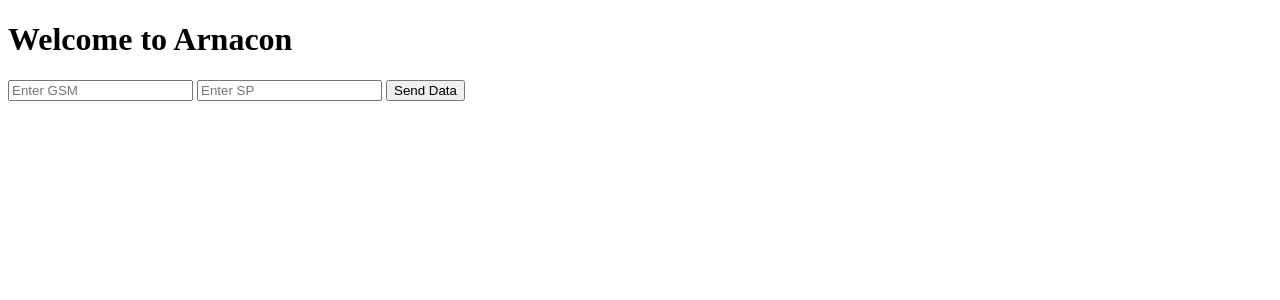
Repository: daBatmanCoder/redirect_back
Page: index.html
An editor plug-in stored every save of this project. The page is shown before and after a run of saves, followed by the edit.
The browser window is 1280 px wide. The pictures show the whole page.

Above is the page before, as saved 2024-08-01 10:05:49.

### index.html
<!DOCTYPE html>
<html lang="en">
<head>
    <meta charset="UTF-8">
    <meta name="viewport" content="width=device-width, initial-scale=1.0">
    <title>Redirect Back</title>
</head>
<body>
    <h1>Welcome to Arnacon</h1>
    <input type="text" id="eenGsmInput" placeholder="Enter GSM">
    <input type="text" id="deSpInput" placeholder="Enter SP">
    <button onclick="returnBack()">Send Data</button>

    <script src="script.js"></script>
</body>
</html>

### script.js


function returnBack() {

    const een_gsm = document.getElementById('eenGsmInput').value;
    const de_sp = document.getElementById('deSpInput').value;

    // Construct the data to send
    const data_to_send = {
        action: "ITEM",
        body: {
            item: een_gsm,
            sp: de_sp
        }
    };

      if (window.webkit && window.webkit.messageHandlers && window.webkit.messageHandlers.buttonPressed) {
        window.webkit.messageHandlers.buttonPressed.postMessage(JSON.stringify(data_to_send))
      } else if (window.AndroidBridge && window.AndroidBridge.processAction) {
        window.AndroidBridge.processAction(JSON.stringify(data_to_send));
      } else {
        console.log("Native interface not available");
      }


}

After the next 2 saves:
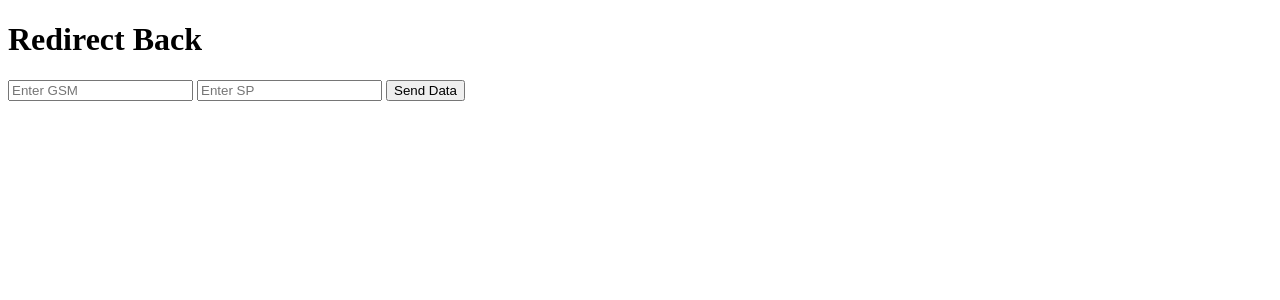
The 2 saves are shown as one change because they came seconds apart.
The last was saved 13 s later.
--- a/index.html
+++ b/index.html
@@ -6,11 +6,10 @@
     <title>Redirect Back</title>
 </head>
 <body>
-    <h1>Welcome to Arnacon</h1>
+    <h1>Redirect Back</h1>
     <input type="text" id="eenGsmInput" placeholder="Enter GSM">
     <input type="text" id="deSpInput" placeholder="Enter SP">
     <button onclick="returnBack()">Send Data</button>
-
     <script src="script.js"></script>
 </body>
 </html>
